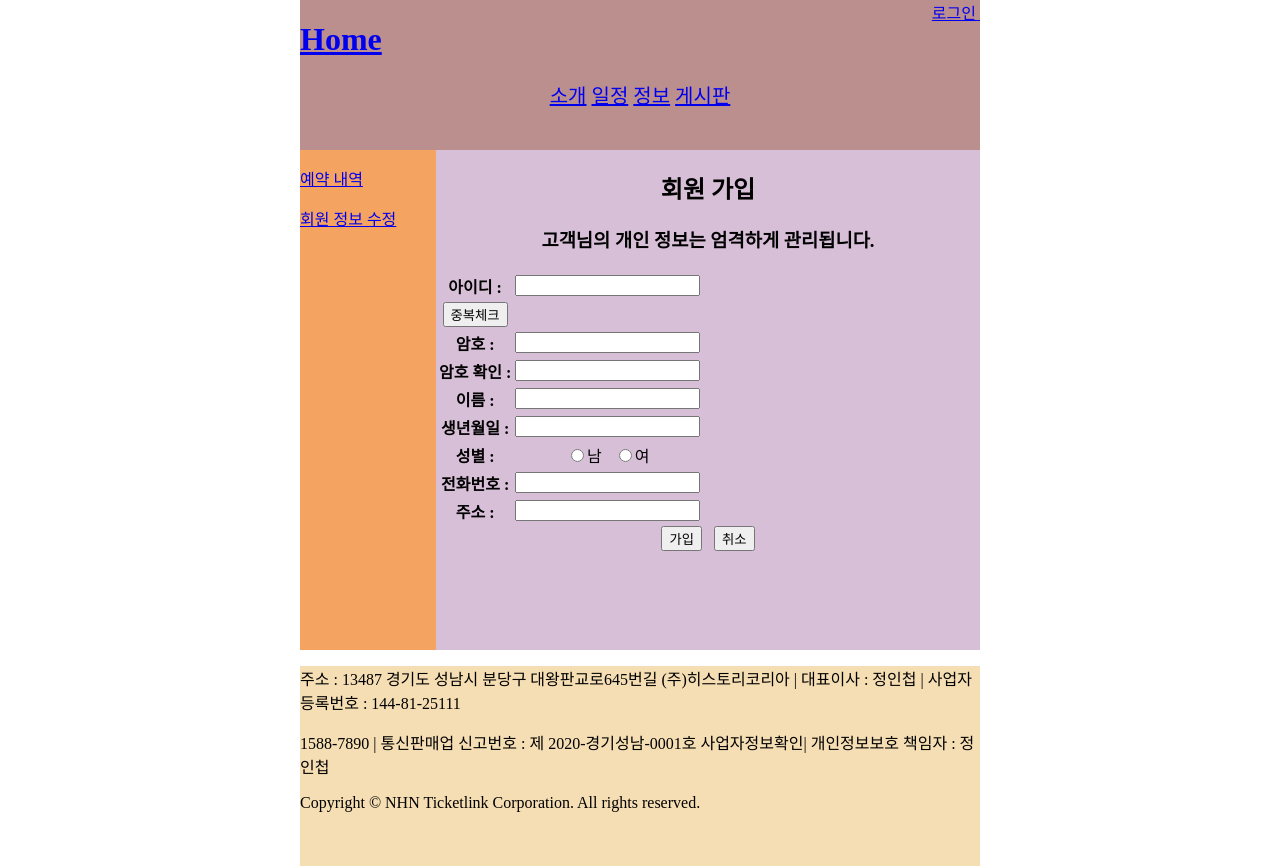
Repository: dlscjq34/JSP_historyTour
Page: http://localhost/HistoryTour/WEB-INF/views/member/joinMember.jsp
An editor plug-in stored every save of this project. The page is shown before and after the next save, followed by the edit.
The browser window is 1280 px wide. The pictures show the whole page.
The page is served by Tomcat 9. Nobody is signed in. The template is opened directly, without the code that normally fills it, so the values that code supplies are empty.

Above is the page before, as saved 2020-12-21 03:33:18.

After the next save:
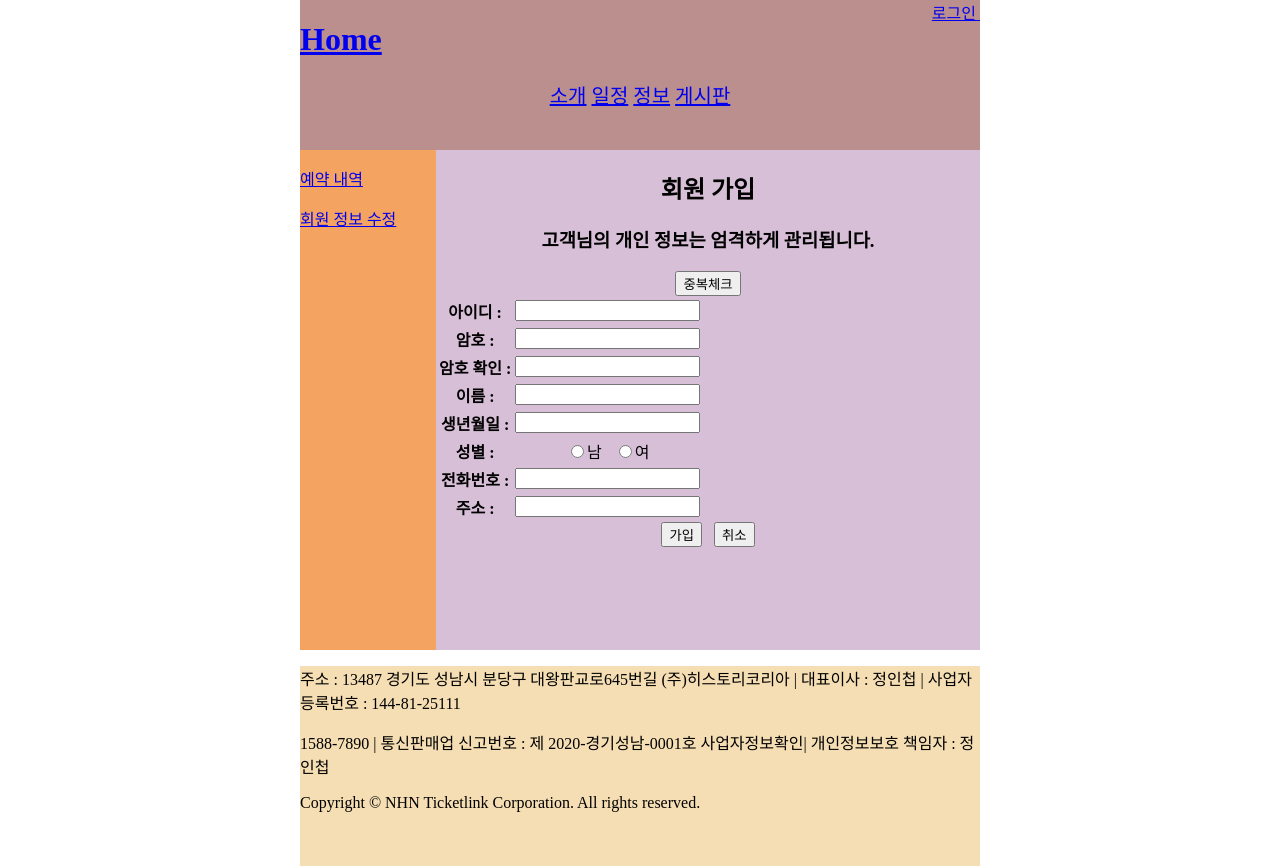
Saved 13 s later.
--- a/HistoryTour/WebContent/WEB-INF/views/member/joinMember.jsp
+++ b/HistoryTour/WebContent/WEB-INF/views/member/joinMember.jsp
@@ -27,9 +27,7 @@
 	               		<tr>
 	               			<th>아이디 :
 	               			<td><input type="text" name="id" id="id" /></td>
-	               		</tr>
-	               		<tr>
-	               			<td><input type="button" onclick="dupCheck()" value="중복체크"></td>
+	               				<input type="button" onclick="dupCheck()" value="중복체크"></td>
 	               		</tr>
 	               		<tr>
 	               			<th>암호 :
